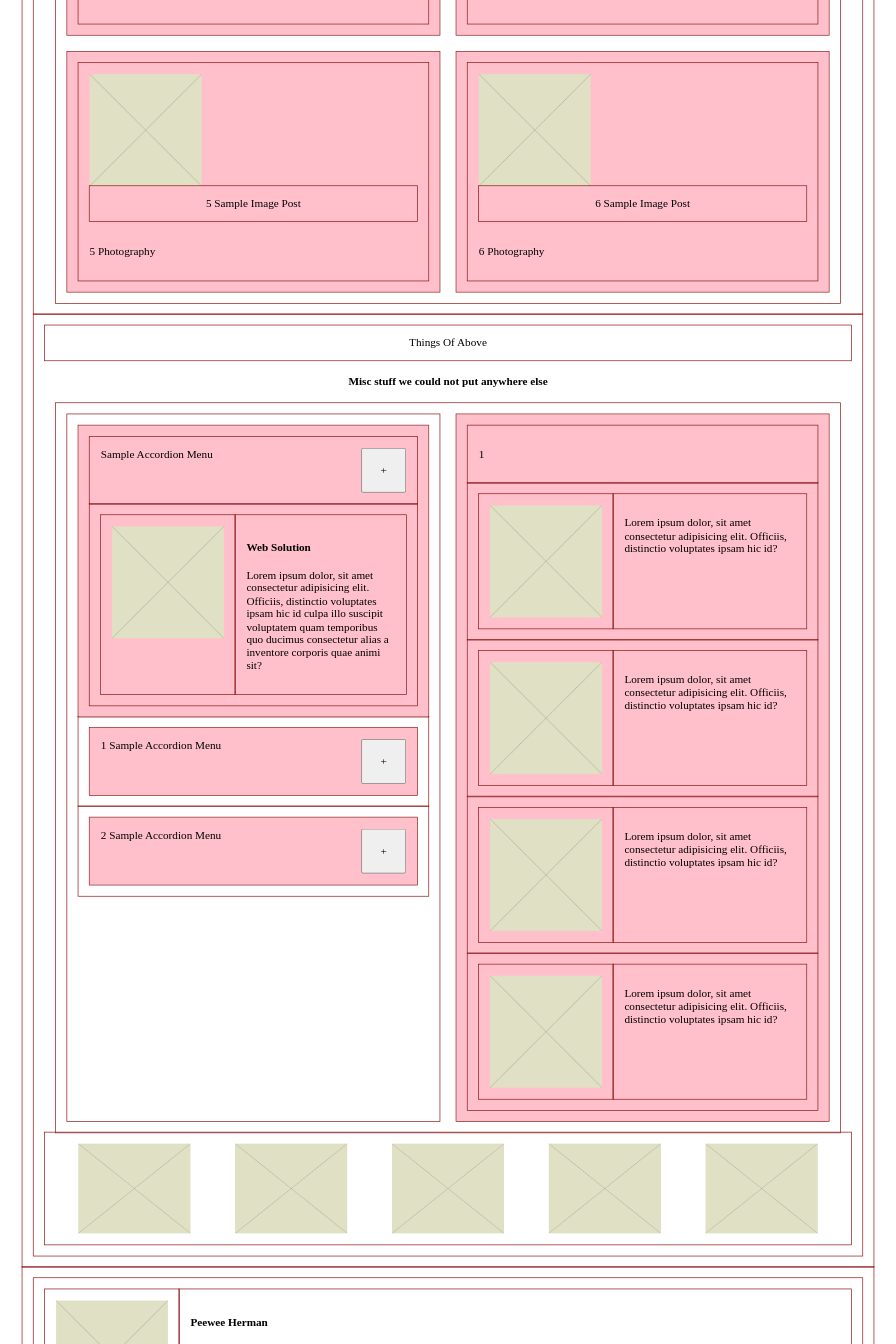
Repository: kionale/Project1_Lab3_ResponsiveLayout
Page: index.html
An editor plug-in stored every save of this project. The page is shown before and after the next save, followed by the edit.
The browser window is 1280 px wide. The pictures show the part of the page from y = 3327 to 5247 px (the page is 6789 px tall), at 70% of full size.

Above is the page before, as saved 2023-01-31 17:08:02.

### index.html
<!doctype html>
<html class="no-js" lang="">

<head>
  <meta charset="utf-8">
  <title></title>
  <meta name="description" content="">
  <meta name="viewport" content="width=device-width, initial-scale=1">

  <meta property="og:title" content="">
  <meta property="og:type" content="">
  <meta property="og:url" content="">
  <meta property="og:image" content="">

  <link rel="manifest" href="site.webmanifest">
  <link rel="apple-touch-icon" href="icon.png">
  <!-- Place favicon.ico in the root directory -->

  <link rel="stylesheet" href="css/normalize.css">
  <link rel="stylesheet" href="css/main.css">

  <meta name="theme-color" content="#fafafa">
</head>


<body class="page page-home">
  <header class="header page__header">
    <div class="row">
      <h1>Metrolics</h1>
      <a href=""><img src="img/placeholder.png"></a>
      <nav class="navbar-links">
        <ul>
          <a href="#">
            <li>Home</li>
          </a>
          <a href="">
            <li>Home</li>
          </a>
          <a href="">
            <li>Pages</li>
          </a>
          <a href="">
            <li>Blog</li>
          </a>
          <a href="">
            <li>Portfolio</li>
          </a>
          <a href="">
            <li>Home</li>
          </a>
        </ul>
      </nav>
    </div>

  </header>

  <div class="page__slider">
    <div class="row slides">
      <img src="img/placeholder.png" alt="">
    </div>
  </div>
  </div>

  <div class="page__intro">
    <h1 class="header page__heading">
      Hey guys! This is the <span>Metrolics</span> theme.<br>
      It sports a responsive layout with a mobile layout.
    </h1>
    <div class="subheading page_subheading">
      <h3>
        Things That We do
      </h3>
      <h5>Ask us what we can do for you</h5>

    </div>
    <div class="feature__service">
      <div class="row m-col-2 l-col-4">
        <div class="col">
          <img class="feature__servic__images" src="img/placeholder.png" alt="">
          <h4 class="heading feature__servic__title">Web Solution</h4>
          <p class="feature__servic__content">
            bbbhhha
          </p>
        </div>
        <div class="col">
          <img class="feature__servic__images" src="img/placeholder.png" alt="">
          <h4 class="heading feature__servic__title"></h4>
          <p class="feature__servic__content">
            bbbhhha
          </p>
        </div>
        <div class="col">
          <img class="feature__servic__images" src="img/placeholder.png" alt="">
          <h4 class="heading feature__servic__title"></h4>
          <p class="feature__servic__content">
            bbbhhha
          </p>
        </div>
        <div class="col">
          <img class="feature__servic__images" src="img/placeholder.png" alt="">
          <h4 class="heading feature__servic__title"></h4>
          <p class="feature__servic__content">
            bbbhhha
          </p>
        </div>


      </div>
    </div>
  </div>

  <!-- Main content starts here -->
  <main class="page__main">
    <section class="recent__work">
      <header class="header post__header">What's up lately?</header>
      <h4 class="subheading">Read up on our latest work</h4>
      <div class="row m-col-2 l-col-3">
        <div class="col">
          <div>
            <img src="img/placeholder.png" alt="">
            <header class="header recent__work__title">Sample image post</header><br>
            <p>Photography</p>
          </div>
        </div>
        <div class="col">
          <div>
            <img src="img/placeholder.png" alt="">
            <header class="header recent__work__title">Sample image post</header><br>
            <p>Photography</p>
          </div>
        </div>
        <div class="col">
          <div>
            <img src="" alt="">
            <header class="header recent__work__title">Sample image post</header><br>
            <p>Photography</p>
          </div>
        </div>
        <div class="col">
          <div>
            <img src="img/placeholder.png" alt="">
            <header class="header recent__work__title">Sample image post</header><br>
            <p>Photography</p>
          </div>
        </div>
      </div>
    </section>
    <!-- Our Latest Projests -->
    <section class="latest__projects">
      <header class="header latest__projects__header">Our Latest Projects</header>
      <h4 class="subheading">Client happy? We are happy</h4>
      <div class="row m-col-2 l-col-3">
        <div class="col">
          <div>
            <img src="img/placeholder.png" alt="">
            <header class="header latest__project__image">1 Sample image post</header><br>
            <p>1 Photography</p>
          </div>
        </div>
        <div class="col">
          <div>
            <img src="img/placeholder.png" alt="">
            <header class="header latest__project__image">2 Sample image post</header><br>
            <p>2 Photography</p>
          </div>
        </div>
        <div class="col">
          <div>
            <img src="img/placeholder.png" alt="">
            <header class="header latest__project__image">3 Sample image post</header><br>
            <p>3 Photography</p>
          </div>
        </div>
        <div class="col">
          <div>
            <img src="img/placeholder.png" alt="">
            <header class="header latest__project__image">4 Sample image post</header><br>
            <p>4 Photography</p>
          </div>
        </div>
        <div class="col">
          <div>
            <img src="img/placeholder.png" alt="">
            <header class="header latest__project__image">5 Sample image post</header><br>
            <p>5 Photography</p>
          </div>
        </div>
        <div class="col">
          <div>
            <img src="img/placeholder.png" alt="">
            <header class="header latest__project__image">6 Sample image post</header><br>
            <p>6 Photography</p>
          </div>
        </div>
      </div>
    </section>
    <!--Things of Above-->
    <section class="things__of__above">
      <header class="header things__header">Things of above</header>
      <h4 class="subheading">Misc stuff we could not put anywhere else</h4>
      <div class="row m-col-2 l-col-3">
        <div>
          <div class="col">
            <div class="sample__menu things_above_image">Sample Accordion Menu
              <button>+</button>
            </div>
            <div class="web__solution">
              <div>
                <img src="img/placeholder.png" alt="">
              </div>
              <div>
                <h4>Web Solution</h4>
                <p>Lorem ipsum dolor, sit amet consectetur adipisicing elit. Officiis, distinctio voluptates ipsam hic
                  id
                  culpa illo suscipit voluptatem quam temporibus quo ducimus consectetur alias a inventore corporis quae
                  animi sit?</p>
              </div>
            </div>
          </div>
          <div class="menu__button">
            <div class="col_two sample__menu things__above__image">1 Sample Accordion Menu
              <button>+</button>
            </div>
          </div>
          <div class="menu__button">
            <div class="col_two sample__menu things__above__image">2 Sample Accordion Menu
              <button>+</button>
            </div>
          </div>
        </div>
        <div class="col">
          <div class="tab__buttons">
           <p>1</p>
          </div>
          <div class="tab__information">
            <div>
              <img src="img/placeholder.png" alt="">
            </div>
            <div>
              <p>Lorem ipsum dolor, sit amet consectetur adipisicing elit. Officiis, distinctio voluptates ipsam hic
                id?</p>
            </div>
          </div>
          <div class="tab__information">
            <div>
              <img src="img/placeholder.png" alt="">
            </div>
            <div>
              <p>Lorem ipsum dolor, sit amet consectetur adipisicing elit. Officiis, distinctio voluptates ipsam hic
                id?</p>
            </div>
          </div>
          <div class="tab__information">
            <div>
              <img src="img/placeholder.png" alt="">
            </div>
            <div>
              <p>Lorem ipsum dolor, sit amet consectetur adipisicing elit. Officiis, distinctio voluptates ipsam hic
                id?</p>
            </div>
          </div>
          <div class="tab__information">
            <div>
              <img src="img/placeholder.png" alt="">
            </div>
            <div>
              <p>Lorem ipsum dolor, sit amet consectetur adipisicing elit. Officiis, distinctio voluptates ipsam hic
                id?</p>
            </div>
          </div>
        </div>
      </div>
      <!--Sponsors-->
      <div class="sponsors">
        <img src="img/placeholder.png" alt="" class="sponsors__icon">
        <img src="img/placeholder.png" alt="" class="sponsors__icon">
        <img src="img/placeholder.png" alt="" class="sponsors__icon">
        <img src="img/placeholder.png" alt="" class="sponsors__icon">
        <img src="img/placeholder.png" alt="" class="sponsors__icon">

    </section>
  </main>
  <!--Footer-->
  <footer>
    <div class="web__author">
      <div>
        <img src="img/placeholder.png" alt="">
      </div>
      <div>
        <h4>Peewee Herman</h4>
        <p>Lorem ipsum dolor, sit amet consectetur adipisicing elit. Officiis, distinctio voluptates ipsam hic
          id
          culpa illo suscipit voluptatem quam temporibus quo ducimus consectetur alias a inventore corporis quae
          animi sit?</p>
      </div>
    </div>
    <div class="footer__extras">
      <div>
        <div>
          <h4>About Us</h4>
          <p>Lorem ipsum dolor, sit amet consectetur adipisicing elit. Officiis, distinctio voluptates ipsam hic
            id
            culpa illo suscipit voluptatem quam temporibus quo ducimus consectetur alias a inventore corporis quae
            animi sit?</p>
        </div>
        <div class="social__link">
          <a href="" class="social__icon">
            <li>Facebook</li>
          </a>
          <a href="" class="social__icon">
            <li>Google</li>
          </a>
          <a href="" class="social__icon">
            <li>Twitter</li>
          </a>
          <a href="" class="social__icon">
            <li>Instagram</li>
          </a>
          <a href="" class="social__icon">
            <li>Volume</li>
          </a>
        </div>
      </div>

      <div>
        <h4>Flickr Photos</h4>
        <img src="img/placeholder.png" alt="">
        <img src="img/placeholder.png" alt="">
        <img src="img/placeholder.png" alt="">
        <img src="img/placeholder.png" alt="">
        <img src="img/placeholder.png" alt="">
        <img src="img/placeholder.png" alt="">
      </div>
      <div>
        <h4>Recent Tweets</h4>
        <div class="recent__tweets">
          <div>
            <img src="img/placeholder.png" alt="">
          </div>
          <div>
            <h4>Peewee Herman</h4>
            <p>Lorem ipsum dolor, sit amet consectetur adipisicing elit. Officiis, distinctio voluptates ipsam hic
              id
              culpa illo suscipit voluptatem quam temporibus quo ducimus consectetur alias a inventore corporis quae
              animi sit?</p>
          </div>
        </div>
        <div class="recent__tweets">
          <div>
            <img src="img/placeholder.png" alt="">
          </div>
          <div>
            <h4>Peewee Herman</h4>
            <p>Lorem ipsum dolor, sit amet consectetur adipisicing elit. Officiis, distinctio voluptates ipsam hic
              id
              culpa illo suscipit voluptatem quam temporibus quo ducimus consectetur alias a inventore corporis quae
              animi sit?</p>
          </div>
        </div>
      </div>
      <div>
        <h4>Newsletter</h4>
        <p>Lorem ipsum dolor, sit amet consectetur adipisicing elit. Officiis, distinctio voluptates ipsam hic
          id
          culpa illo suscipit voluptatem quam temporibus quo ducimus consectetur alias a inventore corporis quae
          animi sit?</p>
        <div class="col_two sample__menu things__above__image">Enter your email...
          <button>+</button>
        </div>
      </div>
    </div>
  </footer>


  <script src="js/vendor/modernizr-3.11.2.min.js"></script>
  <script src="js/plugins.js"></script>
  <script src="js/main.js"></script>

  <!-- Google Analytics: change UA-XXXXX-Y to be your site's ID. -->
  <script>
    window.ga = function () { ga.q.push(arguments) }; ga.q = []; ga.l = +new Date;
    ga('create', 'UA-XXXXX-Y', 'auto'); ga('set', 'anonymizeIp', true); ga('set', 'transport', 'beacon'); ga('send', 'pageview')
  </script>
  <script src="https://www.google-analytics.com/analytics.js" async></script>
</body>

</html>

### css/main.css
::-moz-selection {
  background: #b3d4fc;
  text-shadow: none;
}

::selection {
  background: #b3d4fc;
  text-shadow: none;
}

/*
 * A better looking default horizontal rule
 */

hr {
  display: block;
  height: 1px;
  border: 0;
  border-top: 1px solid #ccc;
  margin: 1em 0;
  padding: 0;
}

audio,
canvas,
iframe,
img,
svg,
video {
  vertical-align: middle;
}

/*
 * Remove default fieldset styles.
 */

fieldset {
  border: 0;
  margin: 0;
  padding: 0;
}

/*
 * Allow only vertical resizing of textareas.
 */

textarea {
  resize: vertical;
}

*,
*::before,
*::after {
  box-sizing: border-box;
}

div,
main,
section,
header,
footer {
  outline: 1px solid rgb(142, 24, 24);
  min-height: 1rem;
  padding: 1rem;
}

.page {
  margin: 0 auto;
  padding: 2rem;
}

.header {
  text-transform: capitalize;
  text-align: center;
}

.subheading {
  text-align: center;
}

ul,
li {
  padding: 0;
  margin: 0;
  list-style: none;
}

.row {
  display: grid;
  row-gap: 1rem;
}

.row_two {
  display: grid;
  row-gap: 1rem;
}

.col {
  position: relative;
  background-color: pink;
}

.col_two {
  background-color: pink;
  height: 6rem;
}

button {
  height: 4rem;
  width: 4rem;
}

/* medium screens and up  */
@media screen and (min-width: 40em) {
  .row {
    max-width: 70rem;
    column-gap: 1.5rem;
    row-gap: 1.5rem;
    margin: 0 auto;
  }



  .m-col-2 {
    grid-template-columns: 1fr 1fr;
  }

  .l-col-3 {
    grid-template-columns: (3, 1fr);
  }

}


.examples {
  display: flex;
  justify-content: space-around;
}

.sample__menu {
  display: flex;
  justify-content: space-between;
}

.web__solution {
  display: flex;
}

.web__author {
  display: flex;
}

.recent__tweets {
  display: flex;
}


.tab__information {
  display: flex;
}

.sponsors {
  display: flex;
  justify-content: space-around;
  height: 10rem;
}

.sponsors__icon {
  background-color: lightgray;
}

.social__link {
  display: flex;
}

.social__icon {
  margin: 0.5rem;
}

.footer__extras {
  display: flex;
  flex-direction: row;
}

img{
  width: 10rem;
}

### js/plugins.js
// Avoid `console` errors in browsers that lack a console.
(function() {
  var method;
  var noop = function () {};
  var methods = [
    'assert', 'clear', 'count', 'debug', 'dir', 'dirxml', 'error',
    'exception', 'group', 'groupCollapsed', 'groupEnd', 'info', 'log',
    'markTimeline', 'profile', 'profileEnd', 'table', 'time', 'timeEnd',
    'timeline', 'timelineEnd', 'timeStamp', 'trace', 'warn'
  ];
  var length = methods.length;
  var console = (window.console = window.console || {});

  while (length--) {
    method = methods[length];

    // Only stub undefined methods.
    if (!console[method]) {
      console[method] = noop;
    }
  }
}());

// Place any jQuery/helper plugins in here.

Loaded but not shown: css/normalize.css (library); js/vendor/modernizr-3.11.2.min.js (library); js/main.js (no stored copy; drawn as an empty file)

After the next save:
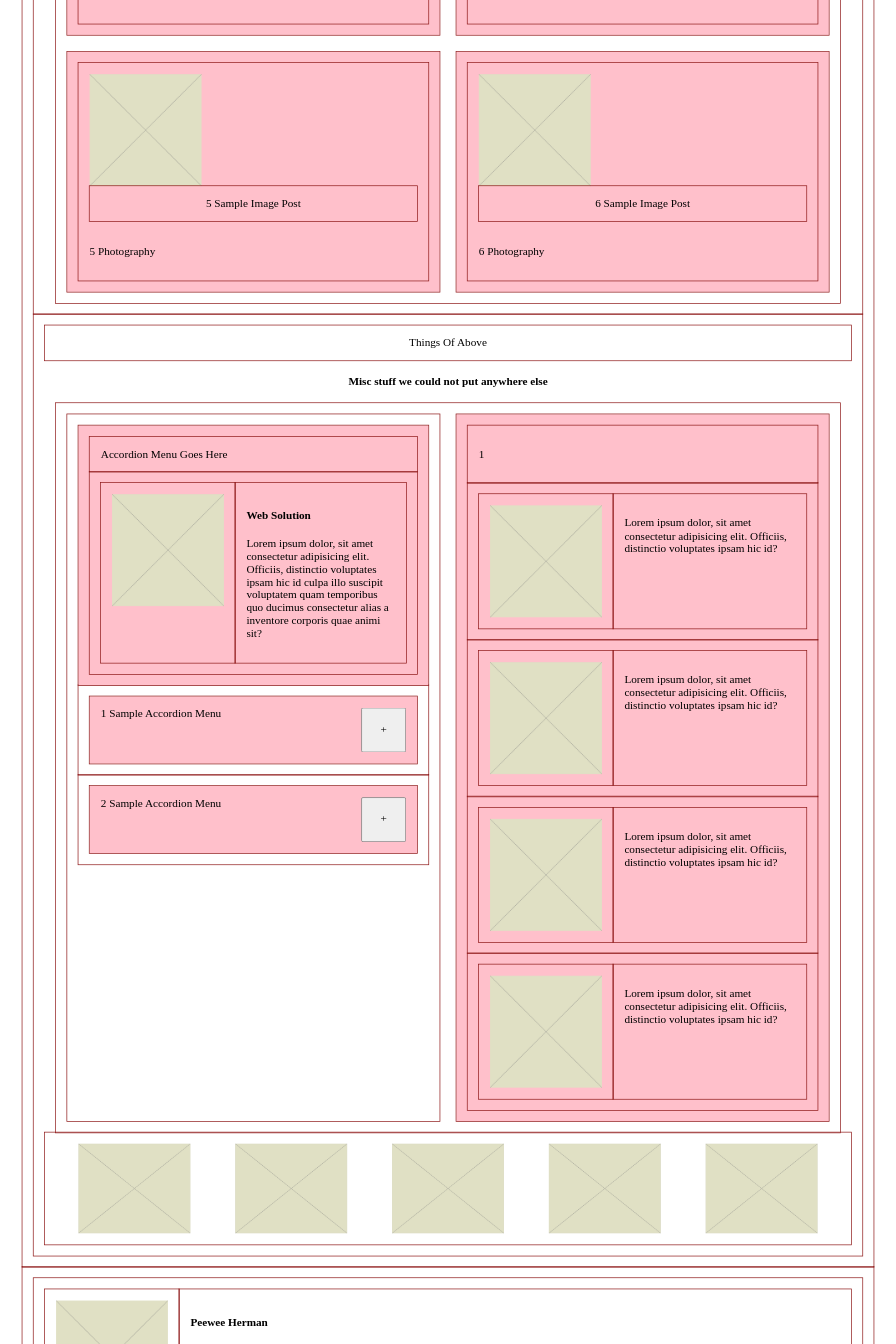
Saved 54 s later.
--- a/index.html
+++ b/index.html
@@ -201,8 +201,7 @@
       <div class="row m-col-2 l-col-3">
         <div>
           <div class="col">
-            <div class="sample__menu things_above_image">Sample Accordion Menu
-              <button>+</button>
+            <div class="sample__menu things_above_image">Accordion Menu Goes Here
             </div>
             <div class="web__solution">
               <div>
